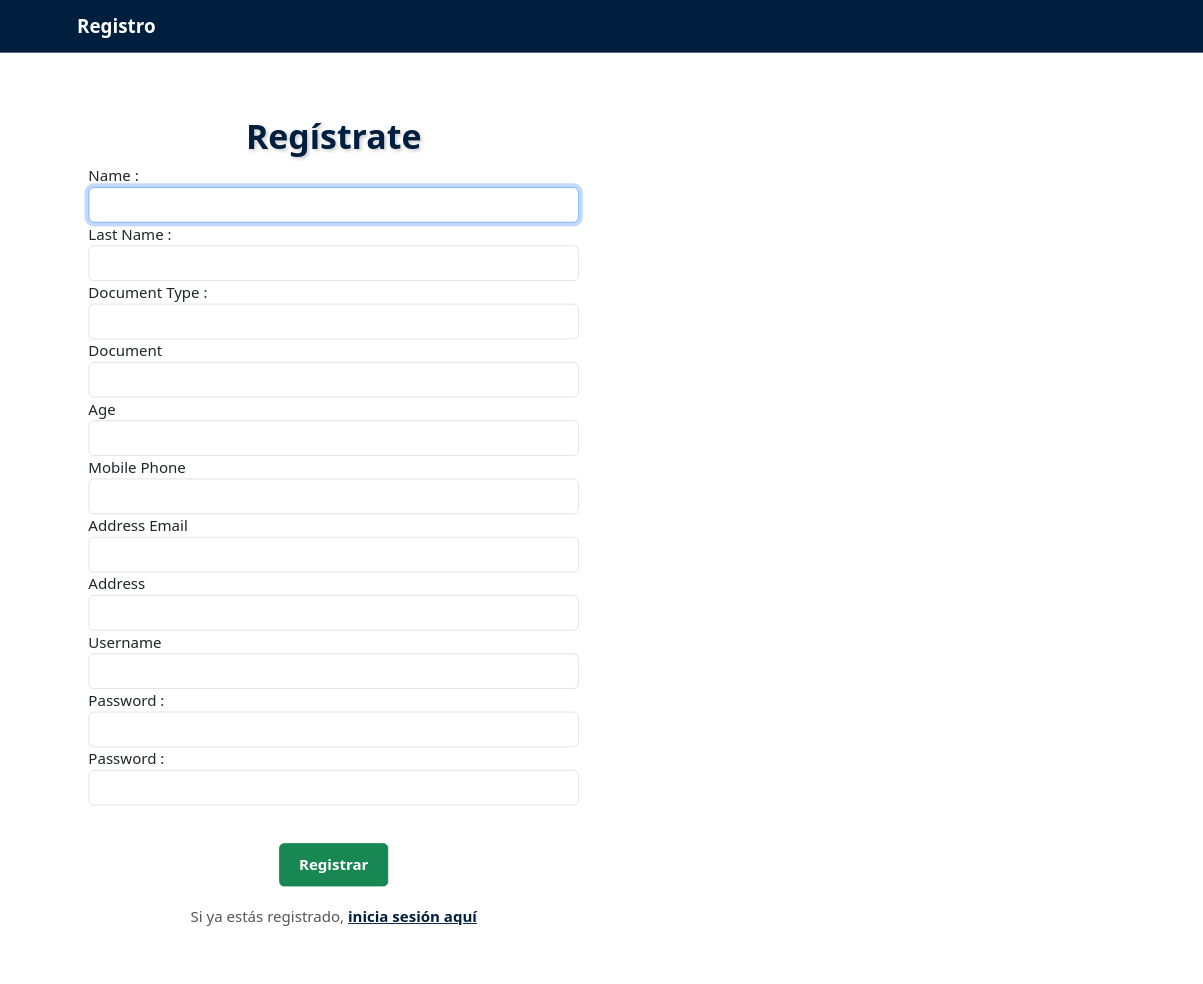
Repository: BolivarCaro/ecenviosweb
Page: http://localhost/record
The author's editor kept a copy of each file at every save. The page is drawn from the files as they stood at one save, then again after the next save.
The browser window is 1280 px wide. The pictures show the whole page, at 94% of full size.
The page is this project's Thymeleaf template; nobody is signed in. The template is opened directly, without the code that normally fills it, so the values that code supplies are empty.

Above is the page before, as saved 2024-07-14 15:07:07.

After the next save:
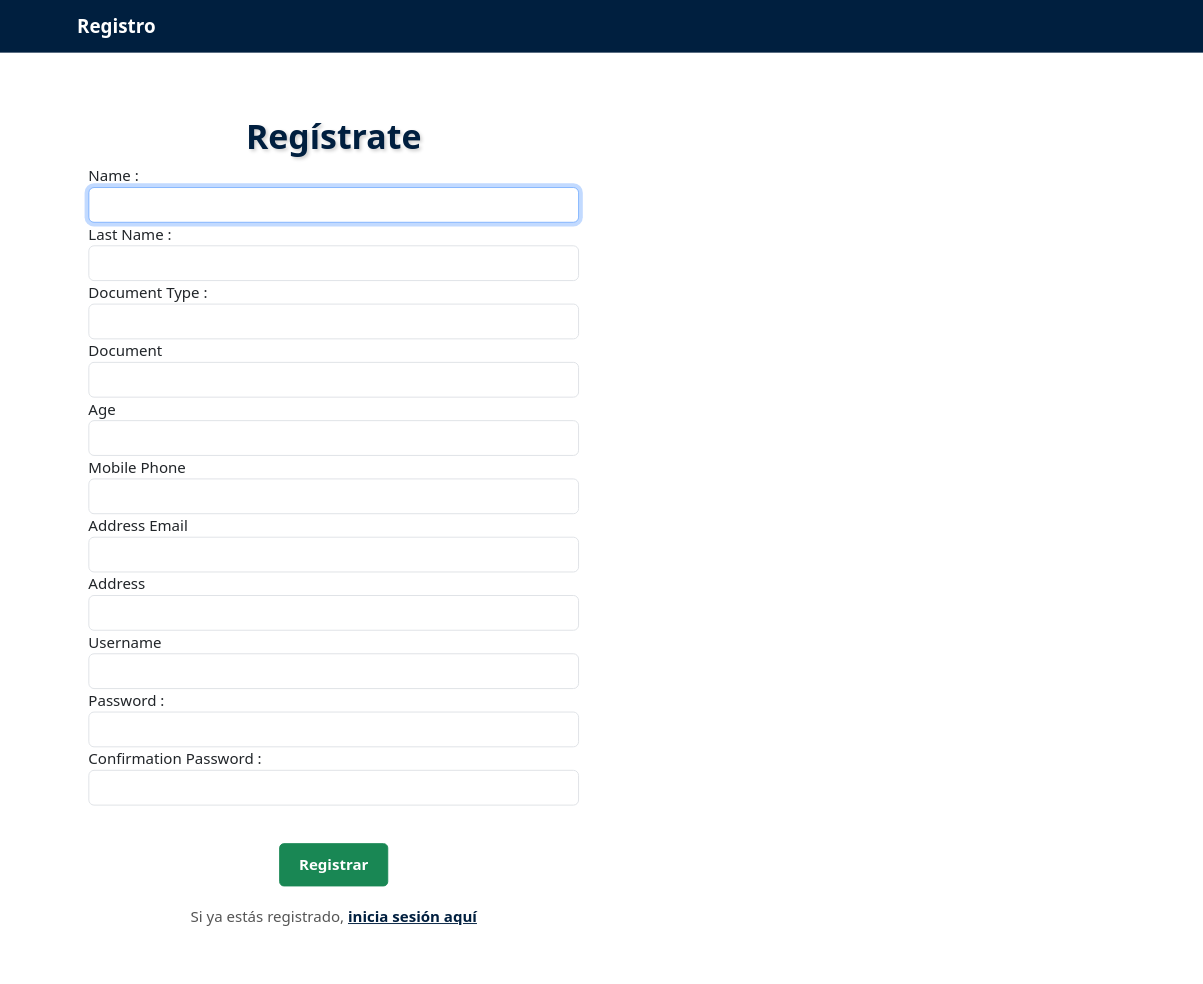
Saved 5 min 9 s later.
--- a/sprindbootecenvios/src/main/resources/templates/record.html
+++ b/sprindbootecenvios/src/main/resources/templates/record.html
@@ -90,7 +90,7 @@
 									required autofocus="autofocus">
 							</div>
 							<div class="form-group">
-								<label class="control-label" for="confirmationPassword">Password : </label>
+								<label class="control-label" for="confirmationPassword"> Confirmation Password : </label>
 								<input type="password" id="confirmationPassword" class="form-control" th:field="*{confirmationPassword}"
 									required autofocus="autofocus">
 							</div>
